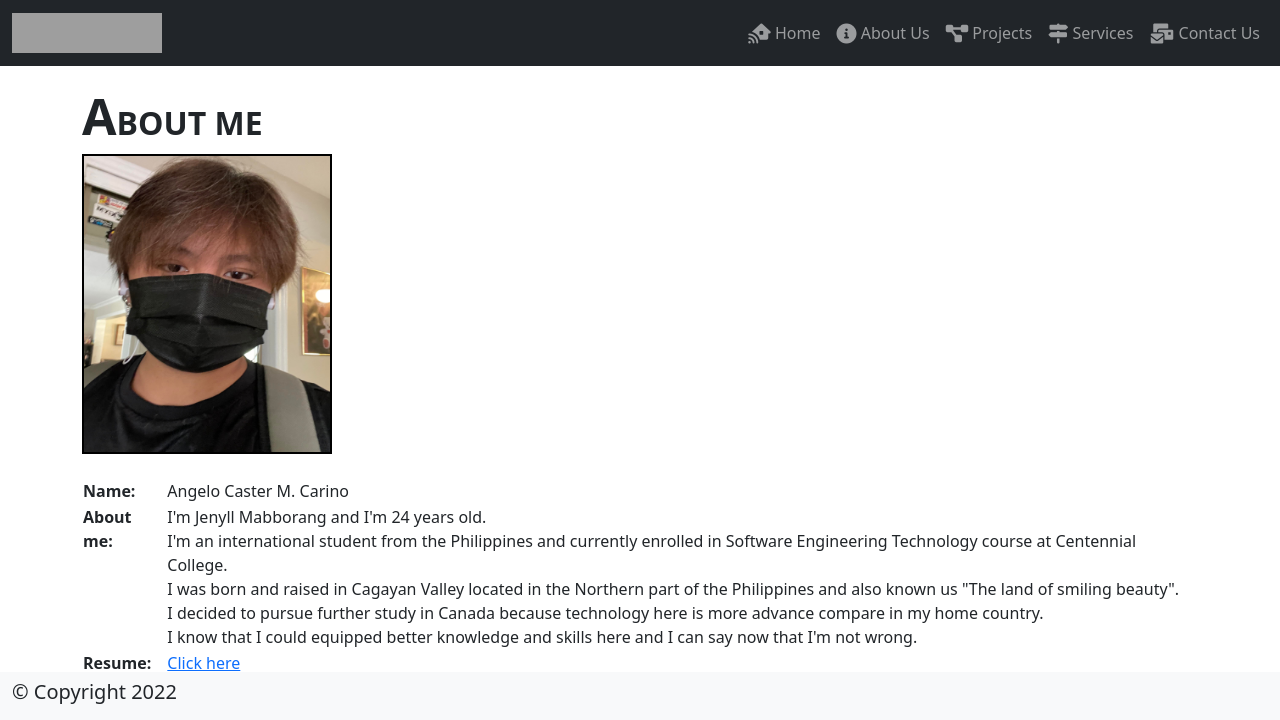
Repository: acarino4/Express-Portfolio-Site
Page: http://localhost/about
An editor plug-in stored every save of this project. The page is shown before and after the next save, followed by the edit.
The browser window is 1280 px wide. The pictures show the whole page.
Pictures or frames that could not be fetched are drawn as grey boxes. The page is served by the project's Node server (server.js). Other server files are loaded and not shown.

Above is the page before, as saved 2022-10-08 18:26:59.

### Server/Views/index.ejs
<!--
    *****************************************
    * File Name: MyExpressPortfolio         *
    * Students Name: Jenyll Mabborang       *
    * Student ID: 301225121                 *
    * Date: June 06, 2022                   *
    *****************************************
-->

<!DOCTYPE html>
<html lang="en">
<head>
    <meta charset="UTF-8">
    <meta http-equiv="X-UA-Compatible" content="IE=edge">
    <meta name="viewport" content="width=device-width, initial-scale=1.0">
    <title><%= title %></title>
    <!-- CSS Goes Here -->
    <link rel="stylesheet" href="./bootstrap/dist/css/bootstrap.min.css">
    <link rel="stylesheet" href="./@fortawesome/fontawesome-free/css/all.min.css">
    <link rel="stylesheet" href="./Content/app.css">
</head>
<body>
    <!-- Main Navigation Section -->
    <header>
        <%- include('components/header.ejs'); %> <!-- Inserts or injects my header.ejs inside my header-->
    </header>

    <!-- Content Section -->
    <main>
        <%- include('content/' + page + '.ejs'); %>
    </main>

    <!-- Site-wide Footer Section -->
    <footer>
        <!-- Site-wide footer -->
        <%- include('components/footer.ejs'); %> <!-- Inserts or injects my footerr.ejs inside my footer-->
    </footer>

    <!-- JavaScript goes here -->
    <script src="./jquery/dist/jquery.min.js"></script>
    <script src="./bootstrap/dist/js/bootstrap.min.js"></script>
    <script src="./@fortawesome/fontawesome-free/js/all.min.js"></script>
    <script src="./Scripts/app.js"></script>
</body>
</html>

### Server/Views/components/header.ejs
<!--
  Name: Angelo Caster M. Carino
  Student ID: 301223955
  Assignment 1: Express Portfolio Site
-->
<nav class="navbar navbar-expand-lg navbar-dark bg-dark">
    <div class="container-fluid">
      <a class="navbar-brand" href="/"><img src="./Assets/images/logo.png" alt="" width="150" height="40"></i> </a>
      <button class="navbar-toggler" type="button" data-bs-toggle="collapse" data-bs-target="#navbarSupportedContent" aria-controls="navbarSupportedContent" aria-expanded="false" aria-label="Toggle navigation">
        <span class="navbar-toggler-icon"></span>
      </button>
      <div class="collapse navbar-collapse" id="navbarSupportedContent">
        <ul class="navbar-nav ms-auto mb-2 mb-lg-0">

          <!-- Home Page link -->
          <li class="nav-item">
            <a class="nav-link" aria-current="page" href="/home"><i class="fa-solid fa-house-signal fa-lg"></i> Home</a>
          </li>

          <!-- About Page link -->
          <li class="nav-item">
            <a class="nav-link" aria-current="page" href="/about"><i class="fa-solid fa-circle-info fa-lg"></i></i> About Us</a>
          </li>

          <!-- Projects Page link -->
          <li class="nav-item">
            <a class="nav-link" aria-current="page" href="/projects"><i class="fa-solid fa-diagram-project fa-lg"></i></i> Projects</a>
          </li>

          <!-- Services Page link -->
          <li class="nav-item">
            <a class="nav-link" aria-current="page" href="/services"><i class="fa-solid fa-signs-post fa-lg"></i></i> Services</a>
          </li>

          <!-- Contact Page link -->
          <li class="nav-item">
            <a class="nav-link" aria-current="page" href="/contact"><i class="fa-solid fa-envelopes-bulk fa-lg"></i> Contact Us</a>
          </li>

        </ul>
      </div>
    </div>
  </nav>

### Server/Views/content/about.ejs
<!--
  Name: Angelo Caster M. Carino
  Student ID: 301223955
  Assignment 1: Express Portfolio Site
-->
<!-- ABOUT.EJS body content section -->
<div class="container" style="padding-top: 20px;">
    <h2><strong><span style = "font-size: 50px">A</span>BOUT ME</strong></h2>
    <table>
        <!-- My personal image -->
        <img src="./Assets/images/caster.jpg" alt="" width="250" height="300" style = "border: 2px solid black">
        <br>
        <br>
        <tr>
            <td><strong>Name: </strong> </td>
            <td> Angelo Caster M. Carino </td>
        </tr>

        <tr>
            <!-- Short paragraph of who I am -->
            <td valign="top"><strong> About me: </strong> </td>
            <td>I'm Jenyll Mabborang and I'm 24 years old.<br>
                I'm an international student from the Philippines and currently enrolled in
                Software Engineering Technology course at Centennial College. <br>
                I was born and raised in Cagayan Valley located in the Northern part of the Philippines and also known us
                "The land of smiling beauty".<br>
                I decided to pursue further study in Canada because technology here is more advance compare in my home country. <br>
                I know that I could equipped better knowledge and skills here and I can say now that I'm not wrong.
            </td>
        </tr>

        <tr>
            <!-- Link to my resume (PDF version) -->
            <td><strong> Resume: </strong></td>
            <td><a href="./Assets/pdf/resume.pdf"> Click here </a></td>
            <td></td>
        </tr>
    </table>
</div>

### Server/Views/components/footer.ejs
<!--
  Name: Angelo Caster M. Carino
  Student ID: 301223955
  Assignment 1: Express Portfolio Site
-->

<nav class="navbar fixed-bottom bg-light">
    <div class="container-fluid">
      <h5 id="copyright">&copy; Copyright 2022 </h5>
    </div>
</nav>

### server.js
#!/usr/bin/env node
"use strict";
var __importDefault = (this && this.__importDefault) || function (mod) {
    return (mod && mod.__esModule) ? mod : { "default": mod };
};
Object.defineProperty(exports, "__esModule", { value: true });
const app_1 = __importDefault(require("./Server/Config/app"));
const debug_1 = __importDefault(require("debug"));
(0, debug_1.default)('lesson4:server');
const http_1 = __importDefault(require("http"));
const port = normalizePort(process.env.PORT || '3000');
app_1.default.set('port', port);
const server = http_1.default.createServer(app_1.default);
server.listen(port);
server.on('error', onError);
server.on('listening', onListening);
function normalizePort(val) {
    var port = parseInt(val, 10);
    if (isNaN(port)) {
        return val;
    }
    if (port >= 0) {
        return port;
    }
    return false;
}
function onError(error) {
    if (error.syscall !== 'listen') {
        throw error;
    }
    let bind = typeof port === 'string'
        ? 'Pipe ' + port
        : 'Port ' + port;
    switch (error.code) {
        case 'EACCES':
            console.error(bind + ' requires elevated privileges');
            process.exit(1);
            break;
        case 'EADDRINUSE':
            console.error(bind + ' is already in use');
            process.exit(1);
            break;
        default:
            throw error;
    }
}
function onListening() {
    let addr = server.address();
    let bind = 'pipe ' + addr;
    (0, debug_1.default)('Listening on ' + bind);
}
//# sourceMappingURL=server.js.map

### Server/Routes/index.js
"use strict";
var __importDefault = (this && this.__importDefault) || function (mod) {
    return (mod && mod.__esModule) ? mod : { "default": mod };
};
Object.defineProperty(exports, "__esModule", { value: true });
const express_1 = __importDefault(require("express"));
const router = express_1.default.Router();
router.get('/', function (req, res, next) {
    res.render('index', { title: 'Home', page: 'home' });
});
router.get('/home', function (req, res, next) {
    res.render('index', { title: 'Home', page: 'home' });
});
router.get('/about', function (req, res, next) {
    res.render('index', { title: 'About Us', page: 'about' });
});
router.get('/projects', function (req, res, next) {
    res.render('index', { title: 'Our Projects', page: 'projects' });
});
router.get('/services', function (req, res, next) {
    res.render('index', { title: 'Our Services', page: 'services' });
});
router.get('/contact', function (req, res, next) {
    res.render('index', { title: 'Contact Us', page: 'contact' });
});
exports.default = router;
//# sourceMappingURL=index.js.map

### Client/Content/app.css
/*CUSTOM CSS GOES HERE*/

### Client/Scripts/app.js
"use strict";
(function () {
    function Start() {
        console.log("App Started!");
        let XHR = new XMLHttpRequest();
        XHR.open("GET", "../data/data.json");
        XHR.send();
        XHR.addEventListener("readystatechange", function () {
            if (XHR.readyState == 4 && XHR.status == 200) {
                console.log("JSON Data:");
                console.log("===========");
                console.log(XHR.responseText);
            }
        });
    }
    window.addEventListener("load", Start);
})();
//# sourceMappingURL=app.js.map

### Client/data/data.json
{
    "FullName": "Jenyll Mabborang",
    "ContactNumber": "564315584",
    "EmailAddress": "jenyll@example.com"
}

After the next save:
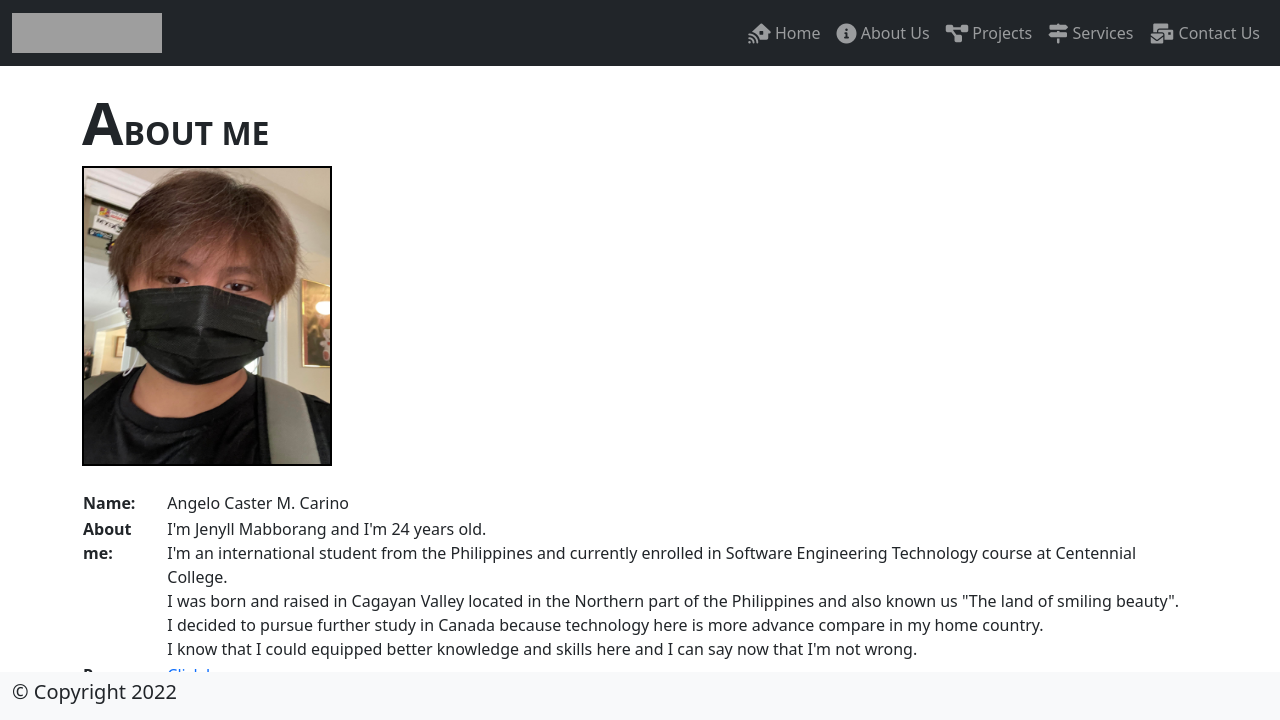
Saved 7 s later.
--- a/Server/Views/content/about.ejs
+++ b/Server/Views/content/about.ejs
@@ -5,7 +5,7 @@
 -->
 <!-- ABOUT.EJS body content section -->
 <div class="container" style="padding-top: 20px;">
-    <h2><strong><span style = "font-size: 50px">A</span>BOUT ME</strong></h2>
+    <h2><strong><span style = "font-size: 60px">A</span>BOUT ME</strong></h2>
     <table>
         <!-- My personal image -->
         <img src="./Assets/images/caster.jpg" alt="" width="250" height="300" style = "border: 2px solid black">
